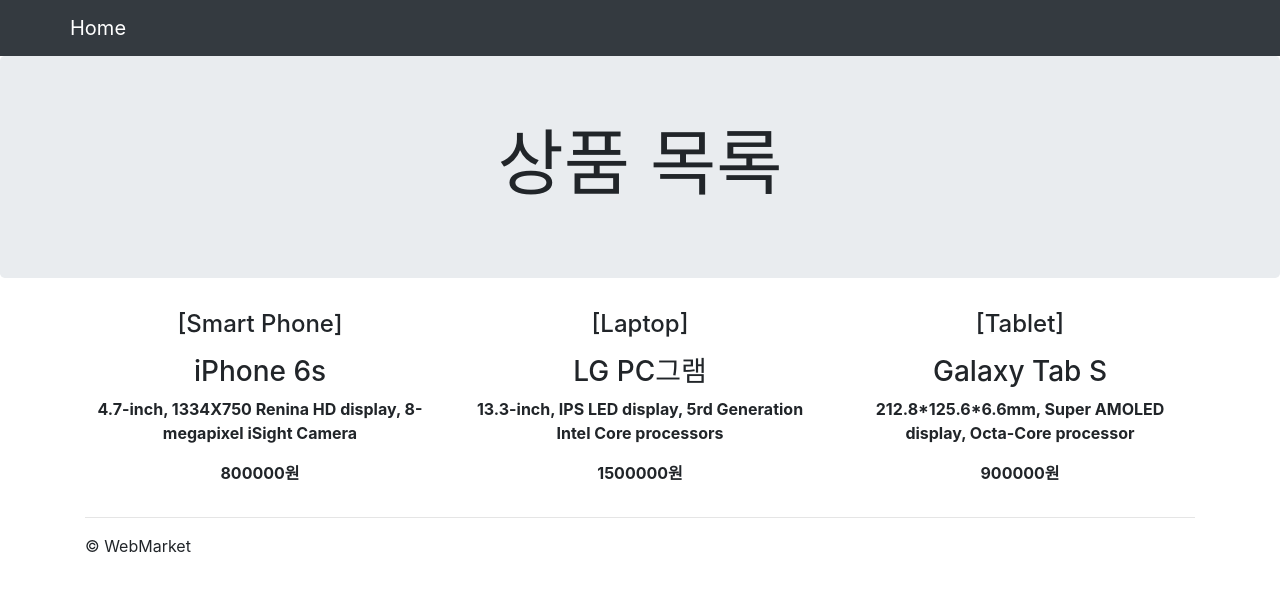
Repository: freedomseok8047/jsp
Page: http://localhost/WebMarket/products.jsp
The author's editor kept a copy of each file at every save. The page is drawn from the files as they stood at one save, then again after the next save.
The browser window is 1280 px wide. The pictures show the whole page.
The page is served by Tomcat 9.

Above is the page before, as saved 2023-08-24 02:37:10.

After the next save:
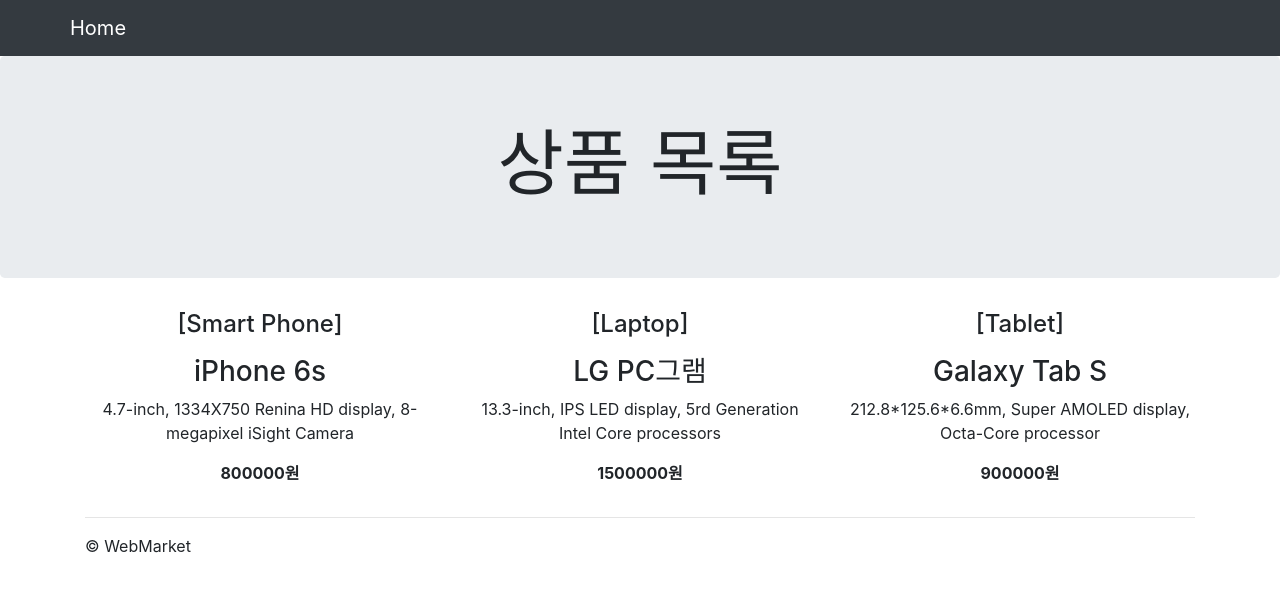
Saved 27 s later.
--- a/WebMarket/src/main/webapp/products.jsp
+++ b/WebMarket/src/main/webapp/products.jsp
@@ -29,12 +29,12 @@
 			for (int i = 0; i < listOfProducts.size(); i++) {
 				Product product = listOfProducts.get(i);
 			%>
-			<div class="col-md-4 font-weight-bold">
+			<div class="col-md-4">
 				<h4>[<%=product.getCategory()%>]</h4>
 				<p>
 				<h3><%=product.getPname()%></h3>
 				<p><%=product.getDescription()%>
-				<p><%=product.getUnitPrice()%>원
+				<p class="font-weight-bold"><%=product.getUnitPrice()%>원
 			</div>
 			<%
 			}
